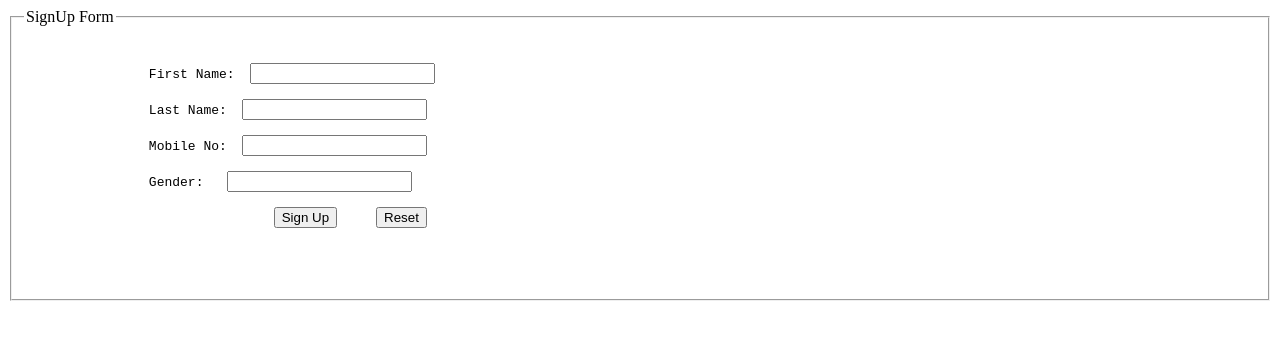
Repository: USChaurasiya/SpringCore
Page: http://localhost/SpringExample/
These files come from the project's save history. The page is drawn as it stood at one moment and after the next save; the edit follows.
The browser window is 1280 px wide. The pictures show the whole page.
The page is served by Tomcat 9. Other server files are loaded and not shown.

Above is the page before, as saved 2017-02-14 07:35:49.

### SpringExample/WebContent/Signup.jsp
<%@ page language="java" contentType="text/html; charset=UTF-8"
	pageEncoding="UTF-8"%>
<!DOCTYPE html PUBLIC "-//W3C//DTD HTML 4.01 Transitional//EN" "http://www.w3.org/TR/html4/loose.dtd">
<html>
<head>
<meta http-equiv="Content-Type" content="text/html; charset=UTF-8">
<title>Insert title here</title>
</head>
<body>


	<form action="signup.do" method="post">
	<fieldset>
		<legend >SignUp Form</legend>
		      <pre>
                <span>First Name: </span> <input type="text" name="fname">

                <span>Last Name: </span> <input type="text" name="lname">

                <span>Mobile No: </span> <input type="text" name="mobile">

                <span>Gender: </span>  <input type="text" name="gender">

				<input type="submit" value="Sign Up">     <input type="reset">

			</pre>
		     </fieldset>
	</form>

</body>
</html>

After the next save:
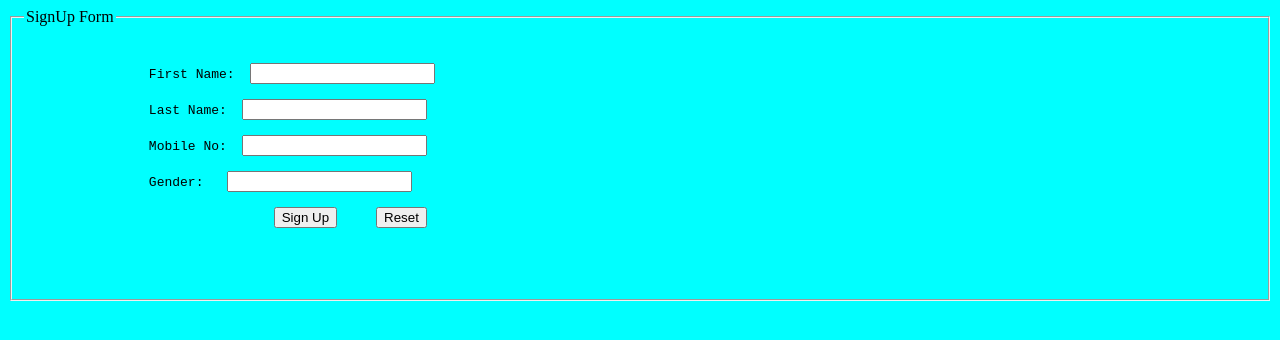
Saved 23 s later.
--- a/SpringExample/WebContent/Signup.jsp
+++ b/SpringExample/WebContent/Signup.jsp
@@ -6,7 +6,7 @@
 <meta http-equiv="Content-Type" content="text/html; charset=UTF-8">
 <title>Insert title here</title>
 </head>
-<body>
+<body bgcolor="Aqua">
 
 
 	<form action="signup.do" method="post">
